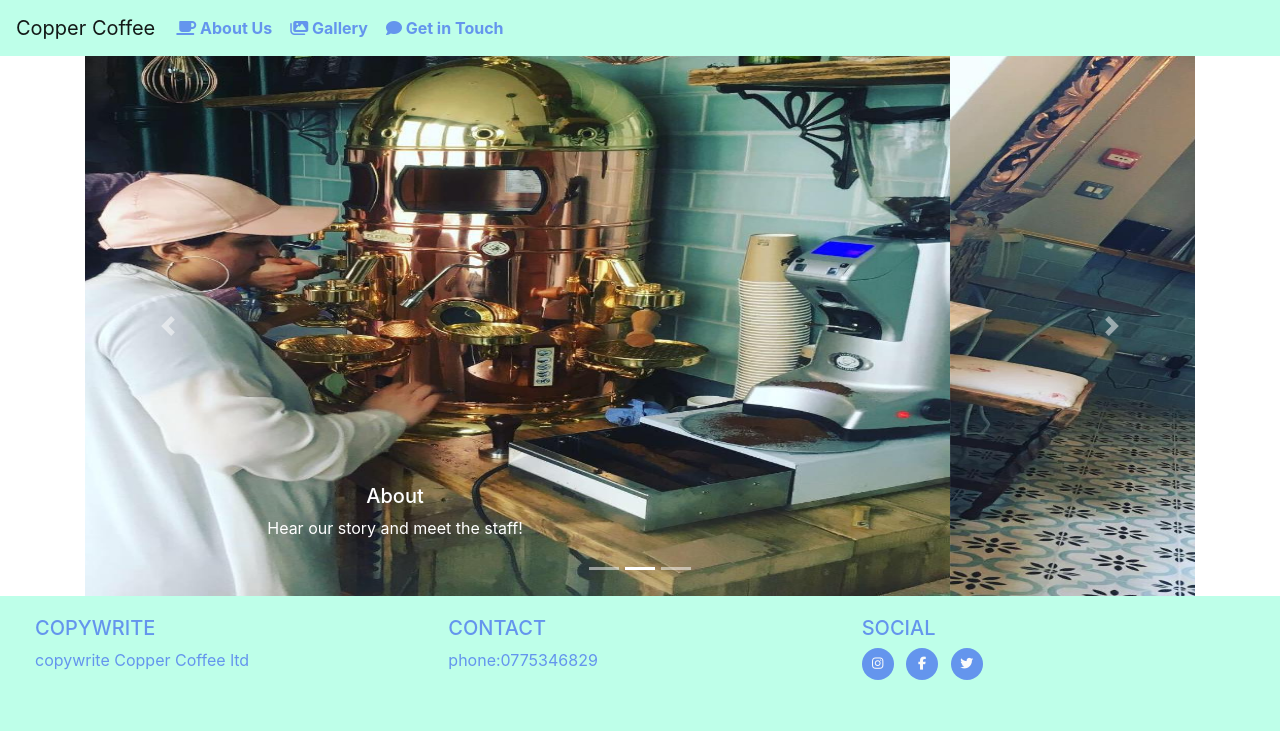
Repository: Matt-F90/milestone
Page: index.html
The author's editor kept a record of every edit. The page is drawn from the files as they stood at one moment, then again after the next edit.
The browser window is 1280 px wide. The pictures show the whole page.
Some web libraries are served in a nearby version.

Above is the page before.
Console error: TypeError: Cannot read properties of undefined (reading 'fn')

### index.html
<!DOCTYPE html>
<html lang="en">

<head>
    <meta charset="UTF-8">
    <meta name="viewport" content="width=device-width, initial-scale=1.0">
    <meta http-equiv="X-UA-Compatible" content="ie=edge">
    <title>Copper Coffee London</title>

    <link rel="stylesheet" href="https://stackpath.bootstrapcdn.com/bootstrap/4.1.3/css/bootstrap.min.css" integrity="sha384-MCw98/SFnGE8fJT3GXwEOngsV7Zt27NXFoaoApmYm81iuXoPkFOJwJ8ERdknLPMO" crossorigin="anonymous">
    <script src="https://stackpath.bootstrapcdn.com/bootstrap/4.1.3/js/bootstrap.min.js" integrity="sha384-ChfqqxuZUCnJSK3+MXmPNIyE6ZbWh2IMqE241rYiqJxyMiZ6OW/JmZQ5stwEULTy" crossorigin="anonymous"></script>
    <script src="https://kit.fontawesome.com/f919e2be21.js" crossorigin="anonymous"></script>
    <link href="https://fonts.googleapis.com/css?family=Noto+Sans:400,700&display=swap" rel="stylesheet">
    <link rel="stylesheet" href="css/style.css" type="text/css" />
</head>

<body>

    <!------------------------------------------------------------------------------------nav--->
    <div class="navbar-container">

        <nav class="navbar navbar-light navbar-expand-sm">
            <a href="index.html" class="navbar-brand">Copper Coffee</a>


            <button class="navbar-toggler ml-auto" type="button" data-toggle="collapse" data-target="#navbarNavDropdown" aria-controls="navbarNavDropdown" aria-expanded="false" aria-lable="toggle navigation">
           <span class="navbar-toggler-icon"></span></button>

            <div class="collapse navbar-collapse" id=navbarNavDropdown>
                <ul class="navbar-nav mr-auto">
                    <li class="nav-item mr-2"><a class "nav-link" href="about.html"><i class="fas fa-coffee"></i> About Us</a></li>
                    <li class="nav-item mr-2"><a class "nav-link" href="gallery.html"><i class="fas fa-images"></i> Gallery</a></li>
                    <li class="nav-item mr-2"><a class "nav-link" href="contact.html"><i class="fas fa-comment"></i> Get in Touch</a></li>
                </ul>
            </div>
        </nav>
    </div>

    <!---------------------------------------------------------------------------------------------div--->
<div class="container container-fluid">

        <div id="carouselExampleIndicators" class="carousel slide" data-ride="carousel">
        <ol class="carousel-indicators">
            <li data-target="#carouselExampleIndicators" data-slide-to="0" class="active"></li>
            <li data-target="#carouselExampleIndicators" data-slide-to="1"></li>
            <li data-target="#carouselExampleIndicators" data-slide-to="2"></li>
        </ol>
        <div class="carousel-inner">
            <div class="carousel-item active">
                <img class="imgheight d-block w-100" src="./assets/images/about.jpg" alt="First slide">
                <div class="carousel-caption">
                    <h5>About</h5>
                    <p>Hear our story and meet the staff!</p>
                </div>
            </div>
            <div class="carousel-item">
                <img class="imgheight d-block w-100" src="./assets/images/gallery.jpg" alt="Second slide">
                <div class="carousel-caption">
                    <h5>Gallery</h5>
                    <p>Check out our beautiful London store!</p>
                </div>
            </div>
            <div class="carousel-item">
                <img class="imgheight d-block w-75" src="./assets/images/contact.jpg" alt="Third slide">
                <div class="carousel-caption">
                    <h5>Contact</h5>
                    <p>Get in touch and share your ideas!</p>
                </div>
            </div>
        </div>
        <a class="carousel-control-prev" href="#carouselExampleIndicators" role="button" data-slide="prev">
    <span class="carousel-control-prev-icon" aria-hidden="true"></span>
    <span class="sr-only">Previous</span>
  </a>
        <a class="carousel-control-next" href="#carouselExampleIndicators" role="button" data-slide="next">
    <span class="carousel-control-next-icon" aria-hidden="true"></span>
    <span class="sr-only">Next</span>
  </a>
    </div>
    </div>

    <!----------------------------------------------------------------footer------------>

    <footer class="container-fluid">
        <div id="footer-details" class="row">
            <div class="col-sm-4">
                <h5 class="gernal-sub uppercase">copywrite</h5>
                <p class="inline-block">
                    copywrite Copper Coffee ltd
                </p>
            </div>
            <div class="col-sm-4">
                <h5 class="gernal-sub uppercase">contact</h5>
                <p class="inline-block">
                    phone:0775346829
                </p>
            </div>
            <div class="col-sm-4">
                <h5 class="gernal-sub uppercase">social</h5>
                <ul class="list-inline social-links">
                    <li class="list-inline-item">
                        <a target="_blank" href="#">
                        <i class="fab fa-instagram" aria-hidden="true"></i></a>
                        <span class="sr-only">instagram</span>
                    </li>
                    <li class="list-inline-item">
                        <a target="_blank" href="#">
                        <i class="fab fa-facebook-f" aria-hidden="true"></i></a>
                        <span class="sr-only">facebook</span>
                    </li>
                    <li class="list-inline-item">
                        <a target="_blank" href="#">
                        <i class="fab fa-twitter" aria-hidden="true"></i></a>
                        <span class="sr-only">twitter</span>
                    </li>
                </ul>
            </div>
        </div>

    </footer>

    <script src="https://code.jquery.com/jquery-3.3.1.slim.min.js" integrity="sha384-q8i/X+965DzO0rT7abK41JStQIAqVgRVzpbzo5smXKp4YfRvH+8abtTE1Pi6jizo" crossorigin="anonymous"></script>
    <script src="https://cdnjs.cloudflare.com/ajax/libs/popper.js/1.14.3/umd/popper.min.js" integrity="sha384-ZMP7rVo3mIykV+2+9J3UJ46jBk0WLaUAdn689aCwoqbBJiSnjAK/l8WvCWPIPm49" crossorigin="anonymous"></script>
    <script src="https://stackpath.bootstrapcdn.com/bootstrap/4.1.3/js/bootstrap.min.js" integrity="sha384-ChfqqxuZUCnJSK3+MXmPNIyE6ZbWh2IMqE241rYiqJxyMiZ6OW/JmZQ5stwEULTy" crossorigin="anonymous"></script>
</body>

</html>

### css/style.css
/*----navbar....*/

.navbar-contaner {
    position: absolute;
    top: 0;
    left: 0;
    padding-left: 0;
    padding-right: 0;
}

.navbar {
    margin-bottom: 0;
    border: 0;
    width: 100%;
    background-color: rgba(127, 255, 212, 0.5);
}

.navbar .navbar-toggler {
    border: 0;
}

.navbar .navbar-nav a {
    font-weight: 700;
    color: #6495ED;
    padding: 5px;
}

.navbar .navbar-nav a:hover {
    color: rgb(0, 0, 255);
    transition: 1s
}

/*----index....*/

.imgheight {
   height: 540px;
   width: 540px;
}

/*----special padding, margins text....*/

h1,
h2,
h3,
h4 {
    margin: 0;
}

.uppercase {
    text-transform: uppercase;
}

.general-sub {
    font-family: 'Noto Sans', sans-serif;
    font-weight: 300;
    color: black;
    padding: 10px;
    text-align: center;
}

.inline-block {
    display: inline-block;
}

/*----footer....*/

footer {
    background-color: rgba(127, 255, 212, 0.5);
    color: #6495ED;
    min-height: 120px;
    margin: 0;
    width: 100%
}

.social-links {
    padding-bottom: 15px;
}

.social-links li a i {
    width: 32px;
    height: 32px;
    padding: 12px 0;
    border-radius: 50%;
    font-size: 13px;
    line-height: 7px;
    text-align: center;
    color: #fafafa;
    background-color: #6495ED;
    -moz-transition: all 0.35s ease-in-out;
    -webkit-transition: all 0.35s ease-in-out;
    -o-transition: all 0.35s ease-in-out;
}

.social-links li a i:hover {
    width: 32px;
    height: 32px;
    padding: 12px 0;
    border-radius: 50%;
    font-size: 13px;
    line-height: 7px;
    text-align: center;
    color: #fafafa;
    background-color: rgb(0, 0, 255);
    -moz-transition: all 0.35s ease-in-out;
    -webkit-transition: all 0.35s ease-in-out;
    -o-transition: all 0.35s ease-in-out;
}

#footer-details {
    padding: 20px;
}

/*----contact/form....*/


.center-form {
    padding-top: 10px;
    margin: 0 auto;
    max-width: 70%;
}

button[type="submit"] {
    margin-top: 15px;
    margin-bottom: 20px;
    color: #fafafa;
}

iframe {
    width: 100% !important;
    padding-bottom: 10px;
}

.opening-times {
    position: center;
    text-align: center
}

After the next edit:
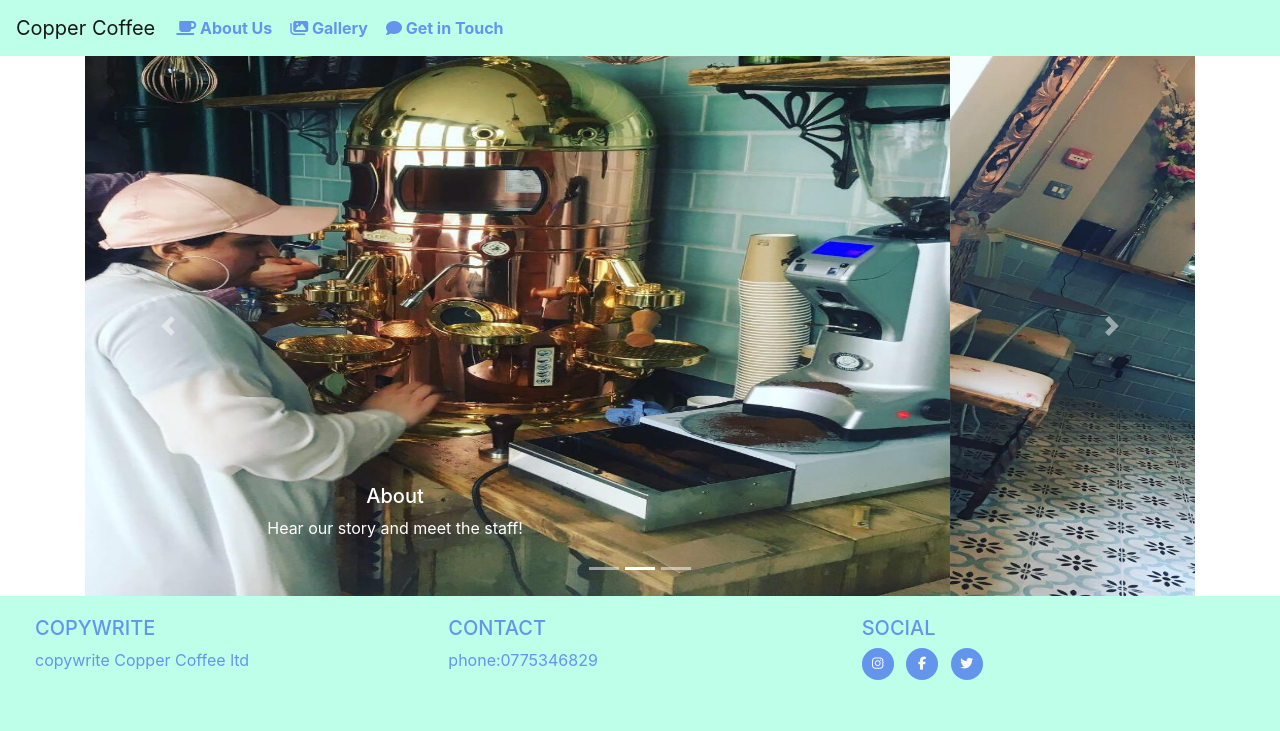
The edit:
--- a/index.html
+++ b/index.html
@@ -54,7 +54,7 @@
                 </div>
             </div>
             <div class="carousel-item">
-                <img class="imgheight d-block w-100" src="./assets/images/gallery.jpg" alt="Second slide">
+                <img class="imgheight d-block w-75" src="./assets/images/gallery.jpg" alt="Second slide">
                 <div class="carousel-caption">
                     <h5>Gallery</h5>
                     <p>Check out our beautiful London store!</p>
